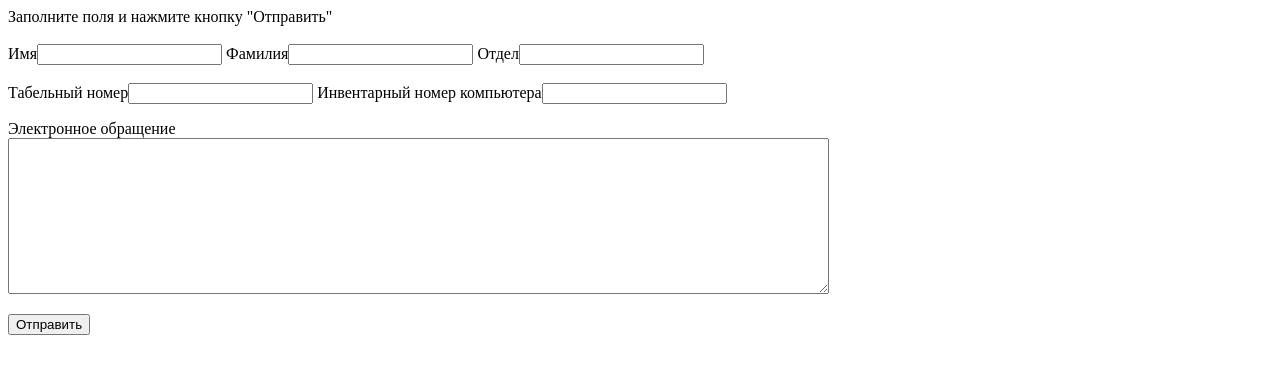
Repository: pitonby/monolitWebApp
Page: WebApp/WebContent/NewFile.html
The author's editor kept a copy of each file at every save. The page is drawn from the files as they stood at one save, then again after the next save.
The browser window is 1280 px wide. The pictures show the whole page.

Above is the page before, as saved 2017-05-29 09:17:37.

After the next save:
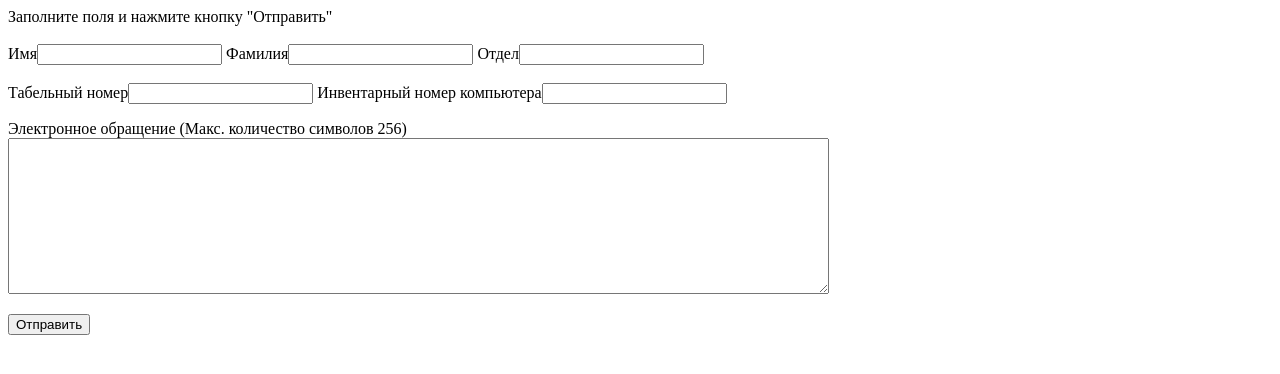
Saved 5 min 3 s later.
--- a/WebApp/WebContent/NewFile.html
+++ b/WebApp/WebContent/NewFile.html
@@ -12,7 +12,7 @@
 	Отдел<input type="text" name="department"><Br><Br>
 	Табельный номер<input type="text" name="id">
 	Инвентарный номер компьютера<input type="text" name="pcNumber">
-	<p>Электронное обращение<Br>
+	<p>Электронное обращение (Макс. количество символов 256)<Br>
    <textarea name="comment" cols="100" rows="10"></textarea></p>
 	<input type="submit" value="Отправить">
 	</form>
